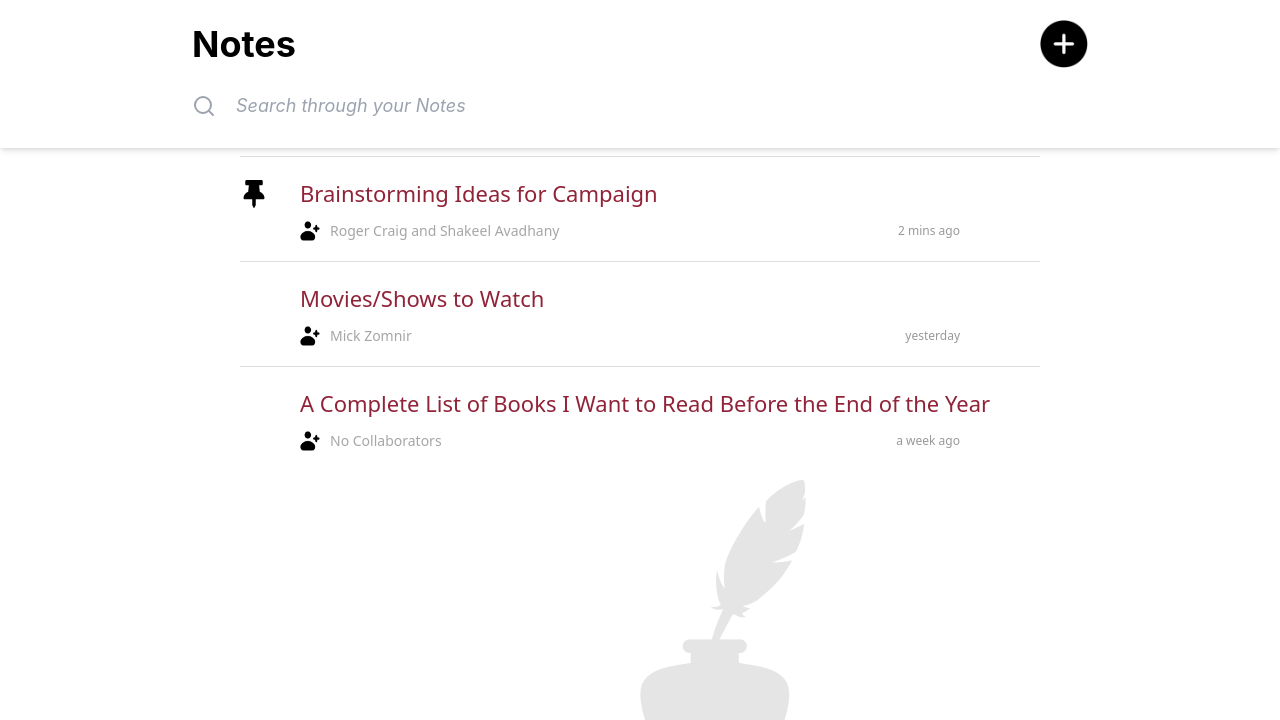
Repository: shabiasaeed/Notes-app
Page: /
An editor plug-in stored every save of this project. The page is shown before and after the next save, followed by the edit.
The browser window is 1280 px wide. The pictures show the whole page.
The project was rebuilt for these pictures with package versions that can differ from the ones it lists, and the page was loaded fresh each time. Also part of the build but not shown: src/components/Header.css, src/App.css.

Above is the page before, as saved 2025-01-01 18:00:40.

After the next save:
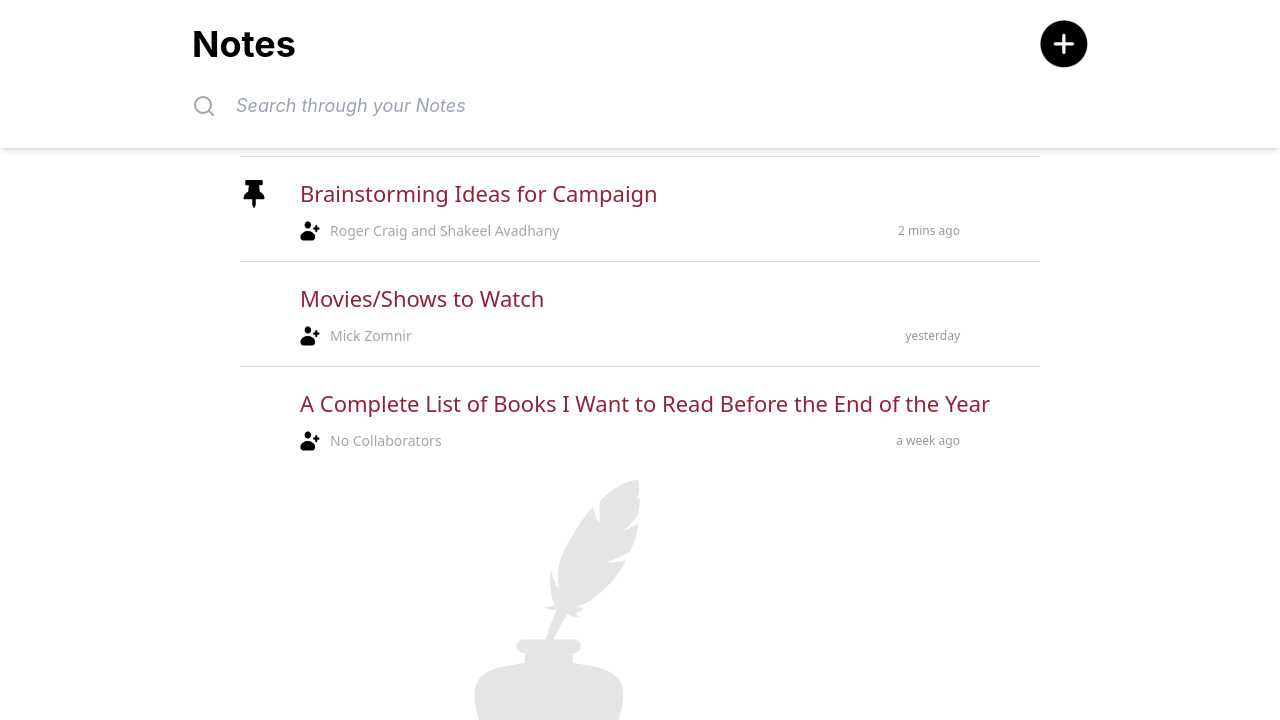
Saved 9 s later.
--- a/src/App.js
+++ b/src/App.js
@@ -49,7 +49,7 @@ function App() {
     <div className="App">
       <Header setSearchNotes={setSearchNotes}/>
       <main className="p-2 relative flex flex-col items-center font-sans">
-        <img src={backgroundInk} alt="Ink Element" className="fixed top-2/3 left-1/2 transform -translate-x-1/1 z-[-1] w-26"/>
+        <img src={backgroundInk} alt="Ink Element" className="fixed top-2/3 left-1/9 transform -translate-x-1/2 z-[-1] w-26"/>
         {sortedNotes.map((note, index) => (
           <Note key={index} title={note.title} author={note.author} time={note.time} pinned={note.pinned} onDelete={handleDelete} onPinToggle={handlePinToggle}/>
         ))}
